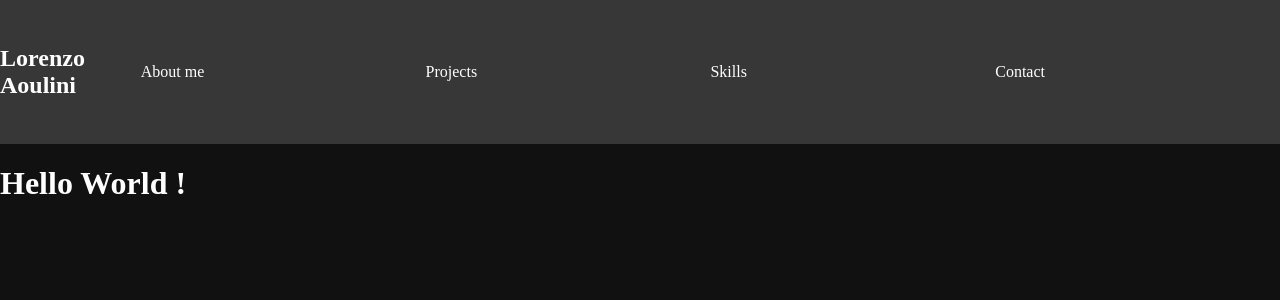
Repository: lolo298/lolo298.github.io
Page: index.html
An editor plug-in stored every save of this project. The page is shown before and after the next save, followed by the edit.
The browser window is 1280 px wide. The pictures show the whole page.

Above is the page before, as saved 2022-05-09 17:40:09.

### index.html
<!DOCTYPE html>
<html lang="en">

<head>
    <meta charset="UTF-8">
    <meta http-equiv="X-UA-Compatible" content="IE=edge">
    <meta name="viewport" content="width=device-width, initial-scale=1.0">
    <link rel="stylesheet" href="css/style.css">
    <title>Portfolio</title>
</head>

<body>
    <div class="main-container">
        <nav class="main-navbar">
            <h1>Lorenzo Aoulini</h1>
            <a class="main-navbar-list">
                <div class="main-navbar-item" href="#">About me</div>
            </a>
            <a class="main-navbar-list">
                <div class="main-navbar-item" href="#">Projects</div>
            </a>
            <a class="main-navbar-list">
                <div class="main-navbar-item" href="#">Skills</div>
            </a>
            <a class="main-navbar-list">
                <div class="main-navbar-item" href="#">Contact</div>
            </a>
        </nav>
        <h1>Hello World !</h1>

    </div>

</body>

</html>

### css/style.css
html {
    background-color: #111111;
}

body {
    padding: 0;
    margin: 0;
    width: 100vw;
    height: 100vh;
}

.main-container {
    color: white;
    height: 100%;
    width: 100%;
}

.main-navbar {
    background-color: #373737;
    height: 20%;
    width: 100%;
    display: flex;
    justify-content: space-between;
    align-items: center;
}

.main-navbar>* {
    margin: 0;
}

.main-navbar-list {
    width: 25%;
    display: flex;
    flex-direction: row;
    align-items: center;
    justify-content: space-between;
    list-style: none;
    margin-right: 1%;
    height: 100%;
}

.main-navbar-item {
    display: inline;
    text-decoration: none;
    color: white;
    width: max-content;
}

.main-navbar-item:hover {
    background-color: #6A6A6A;
}

After the next save:
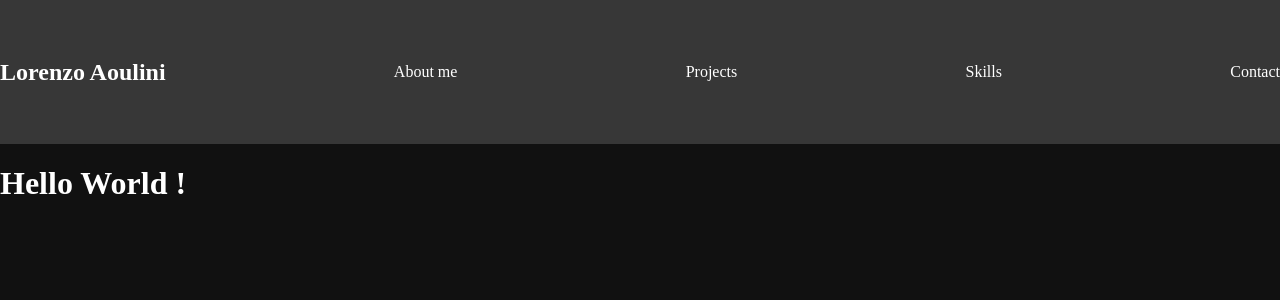
Saved 47 s later.
--- a/index.html
+++ b/index.html
@@ -13,17 +13,17 @@
     <div class="main-container">
         <nav class="main-navbar">
             <h1>Lorenzo Aoulini</h1>
-            <a class="main-navbar-list">
-                <div class="main-navbar-item" href="#">About me</div>
+            <a class="main-navbar-item">
+                <div href="#">About me</div>
             </a>
-            <a class="main-navbar-list">
-                <div class="main-navbar-item" href="#">Projects</div>
+            <a class="main-navbar-item">
+                <div href="#">Projects</div>
             </a>
-            <a class="main-navbar-list">
-                <div class="main-navbar-item" href="#">Skills</div>
+            <a class="main-navbar-item">
+                <div href="#">Skills</div>
             </a>
-            <a class="main-navbar-list">
-                <div class="main-navbar-item" href="#">Contact</div>
+            <a class="main-navbar-item">
+                <div href="#">Contact</div>
             </a>
         </nav>
         <h1>Hello World !</h1>
